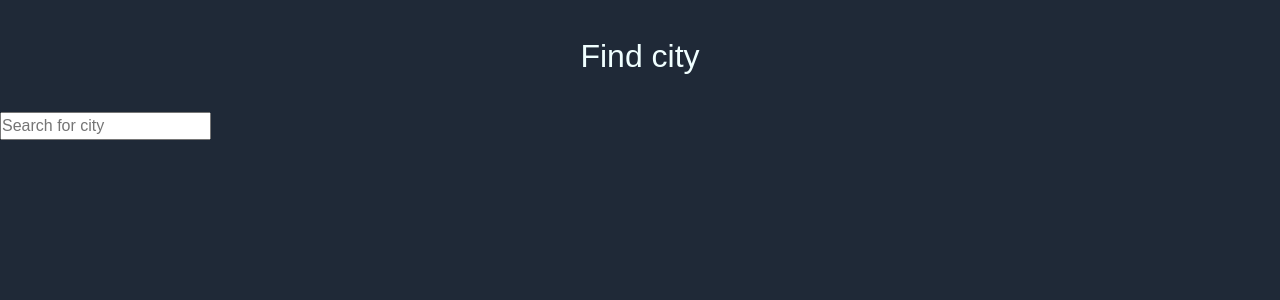
Repository: dung8466/Javascript30
Page: Pratice axios/index.html
The author's editor kept a copy of each file at every save. The page is drawn from the files as they stood at one save, then again after the next save.
The browser window is 1280 px wide. The pictures show the whole page.

Above is the page before, as saved 2022-07-20 16:10:08.

### Pratice axios/index.html
<!DOCTYPE html>
<html lang="en">
<head>
    <meta charset="UTF-8">
    <meta http-equiv="X-UA-Compatible" content="IE=edge">
    <meta name="viewport" content="width=device-width, initial-scale=1.0">
    <title>Cities</title>
    <link rel="stylesheet" href="style.css">
</head>
<body>
    <header>
        Find city
    </header>

    <main id="container">
        <form action="" id="form">
            <input type="search" name="cityName" placeholder="Search for city" id="input">
            <ul id="citiesList">
            </ul>
        </form>
    </main>

    <script src="app.js"></script>
</body>
</html>

### Pratice axios/style.css
*{
    font-family: Arial, Helvetica, sans-serif;
    font-size: 16px;
    line-height: 1.5;
    padding: 0;
    margin: 0;
    box-sizing: border-box;
}

body{
    background-color: #1f2937;
}

header{
    text-align: center;
    margin: 2rem;
    font-size: 2rem;
    color: azure;
}

Loaded but not shown: Pratice axios/app.js (no copy from this time; the picture is the same without it)

After the next save:
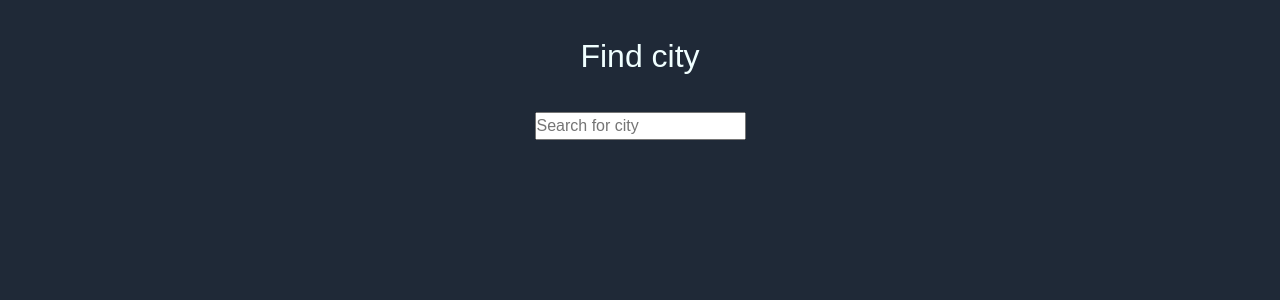
Saved 61 s later.
--- a/Pratice axios/style.css
+++ b/Pratice axios/style.css
@@ -17,3 +17,10 @@ header{
     font-size: 2rem;
     color: azure;
 }
+
+#container{
+    display: flex;
+    flex-direction: column;
+    justify-content: center;
+    align-items: center;
+}
